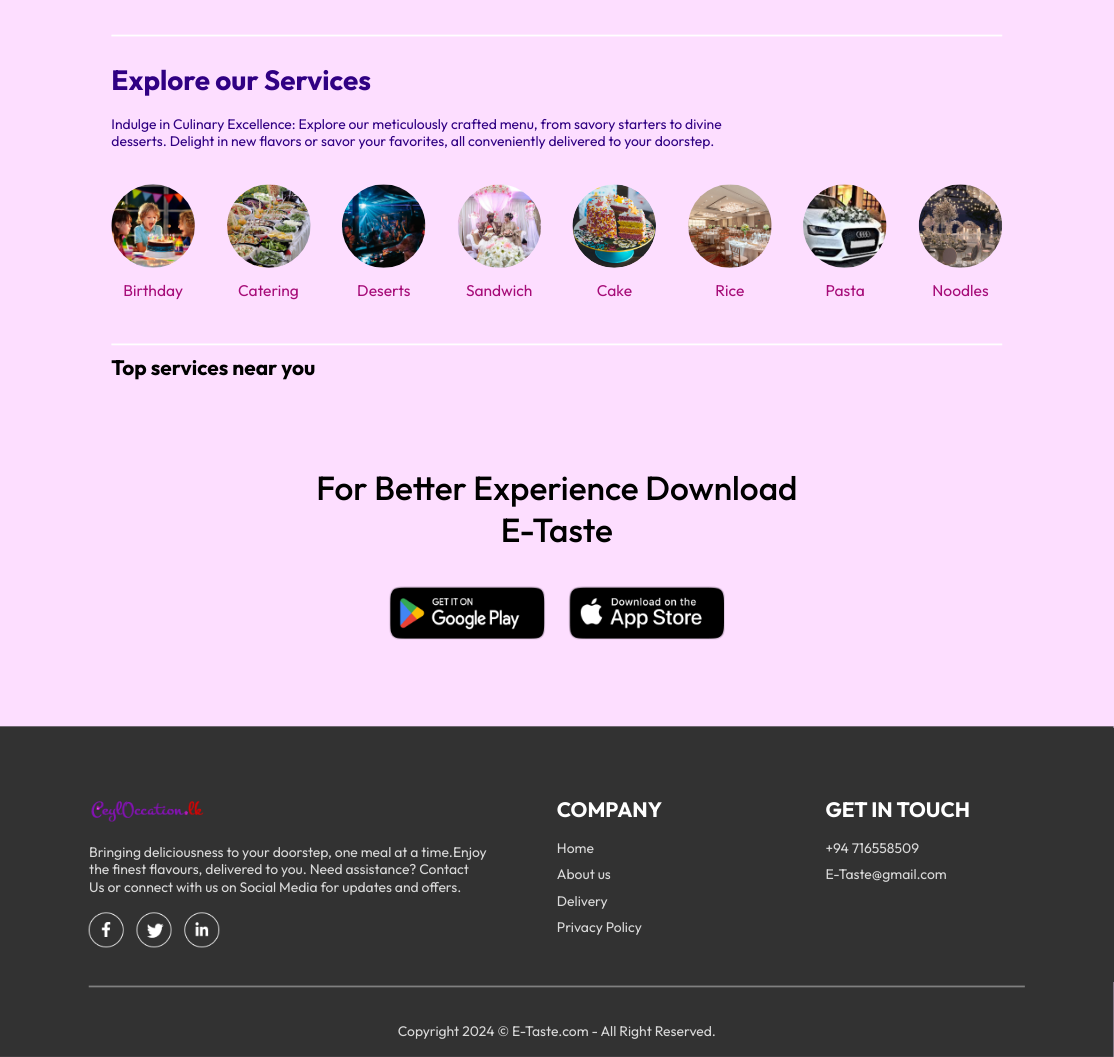
Repository: Abhiranda/Ceyloccation.lk
Page: / (app in frontend/)
An editor plug-in stored every save of this project. The page is shown before and after a run of saves, followed by the edit.
The browser window is 1280 px wide. The pictures show the part of the page from y = 624 to 1839 px (the page is 1839 px tall), at 87% of full size.
The page's requests for data from a server got no answer. The project was rebuilt for these pictures with package versions that can differ from the ones it lists, and the page was loaded fresh each time. No one was signed in, and anything a server would have sent is missing. Also part of the build but not shown: frontend/vite.config.js, frontend/src/pages/PlaceOrder/PlaceOrder.css, frontend/src/pages/PlaceOrder/PlaceOrder.jsx, frontend/src/components/ServiceDisplay/ServiceDisplay.css, frontend/src/components/ServiceItem/ServiceItem.css, frontend/src/components/ServiceItem/ServiceItem.jsx, frontend/src/pages/Cart/Cart.css, frontend/src/pages/Cart/Cart.jsx and 6 more.

Above is the page before, as saved 2024-06-07 14:00:07.

After the next 2 saves:
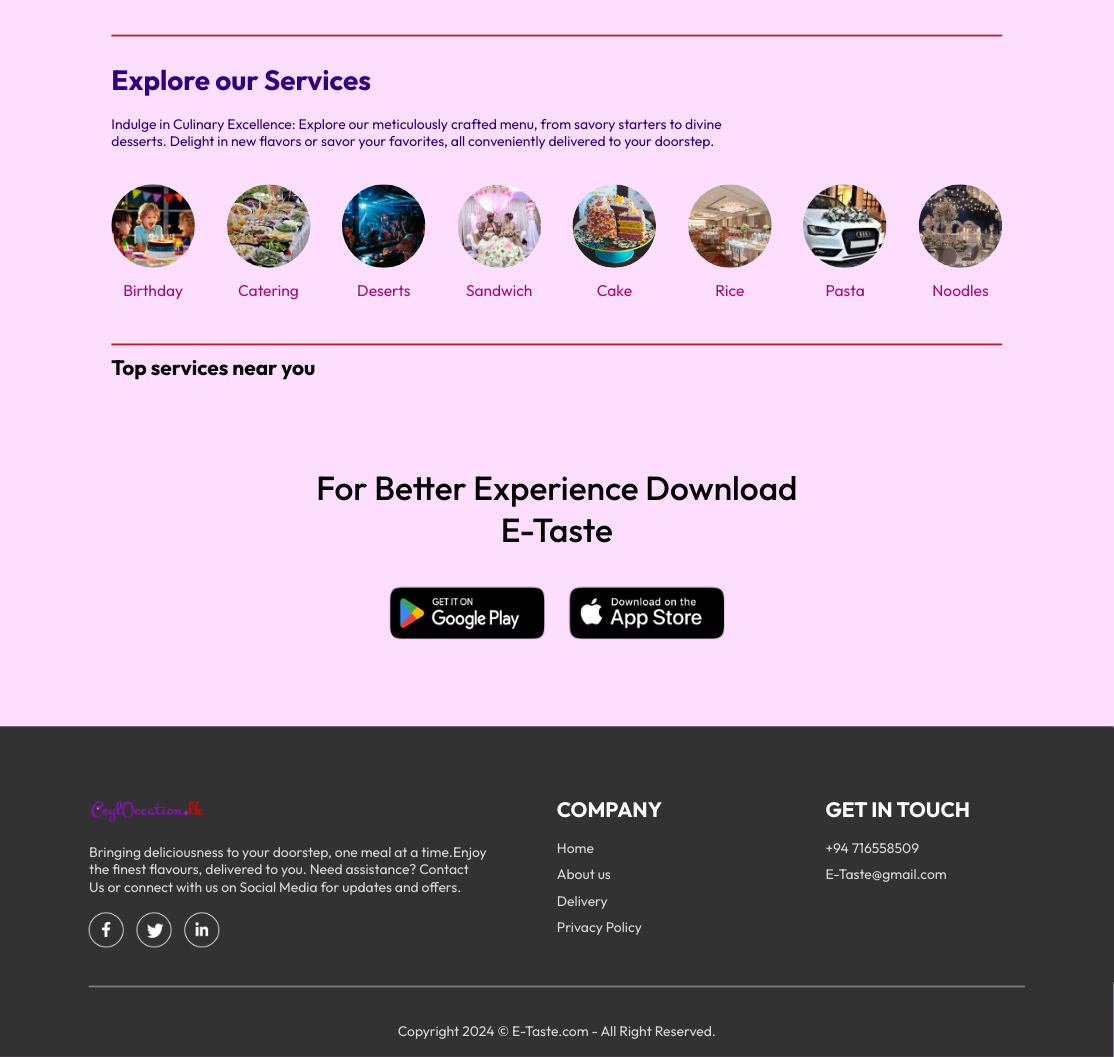
The 2 saves are shown as one change because they came seconds apart.
The last was saved 9 s later.
--- a/frontend/src/components/ExploreMenu/ExploreMenu.css
+++ b/frontend/src/components/ExploreMenu/ExploreMenu.css
@@ -49,7 +49,7 @@
 .explore-menu hr{
     margin: 10px 0px;
     height: 2px;
-    background-color: #ffffff;
+    background-color: #c71313;
     border: none;
 }
 
